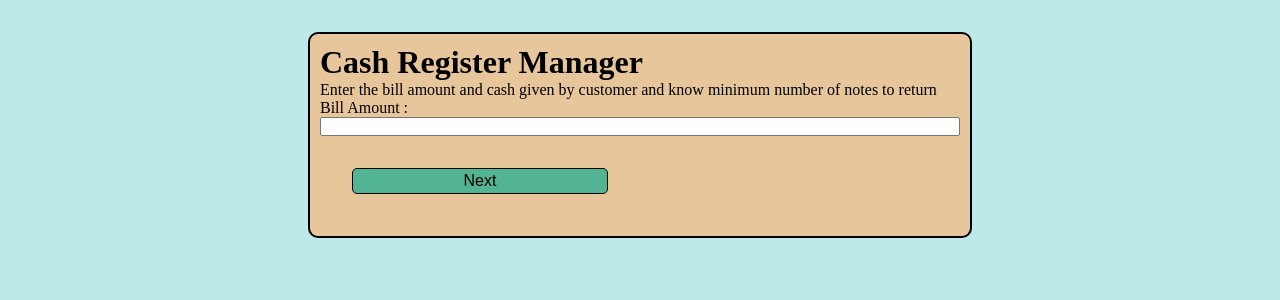
Repository: patelamancode/Cash-register-manager-app
Page: index.html
An editor plug-in stored every save of this project. The page is shown before and after the next save, followed by the edit.
The browser window is 1280 px wide. The pictures show the whole page.

Above is the page before, as saved 2022-11-18 15:39:37.

After the next save:
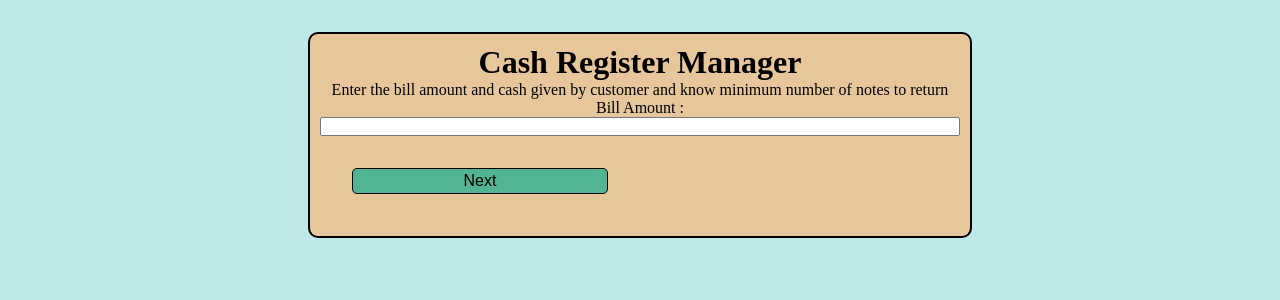
Saved 57 s later.
--- a/index.css
+++ b/index.css
@@ -17,11 +17,11 @@ body{
     border: 2px solid black;
     border-radius: 10px;
     background-color: rgb(231, 198, 156);
-
+    text-align: center;
 }
 
 button{
-    align-items: center;
+
     margin: 2rem;
     padding: 3px;
     width: 20vw;
